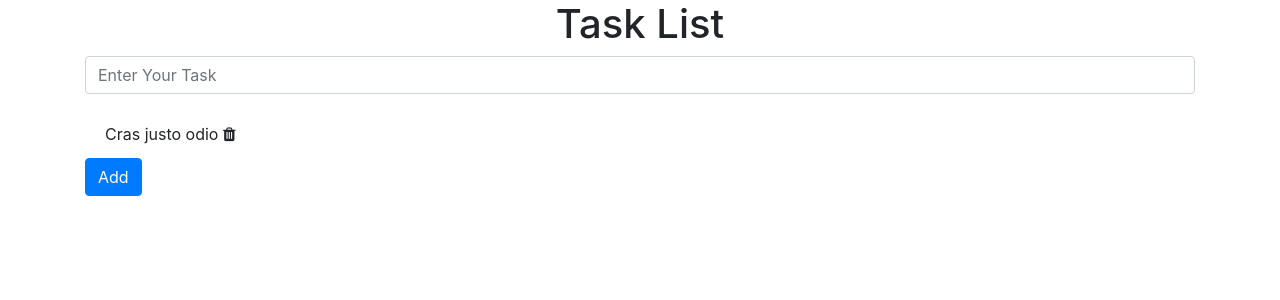
Repository: hoangphuong965/todolist
Page: index.html
These files come from the project's save history. The page is drawn as it stood at one moment and after a run of saves; the edit follows.
The browser window is 1280 px wide. The pictures show the whole page.

Above is the page before, as saved 2020-09-04 14:09:13.

After the next 2 saves:
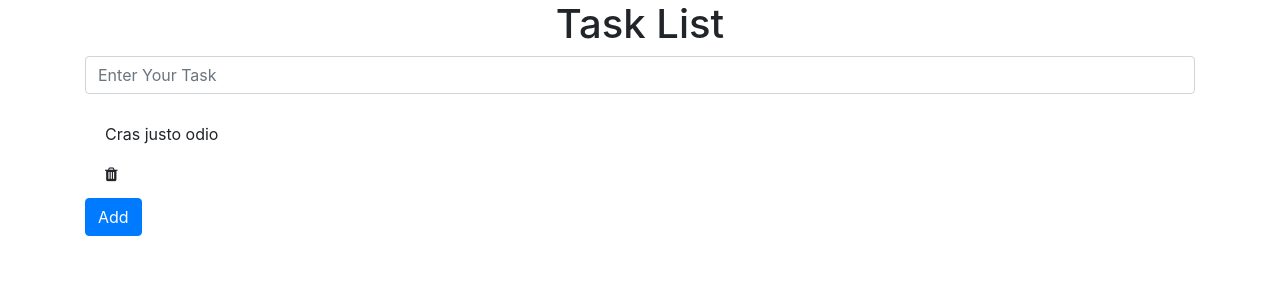
The 2 saves are shown as one change because they came seconds apart.
The last was saved 100 s later.
--- a/index.html
+++ b/index.html
@@ -21,7 +21,7 @@
                <div class="list">
                     <ol class="list-group list-group-flush">
                          <li class="list-group-item">
-                              Cras justo odio
+                              <p>Cras justo odio</p>
                               <i class="fa fa-trash" aria-hidden="true"></i>
                          </li>
                     </ol>
